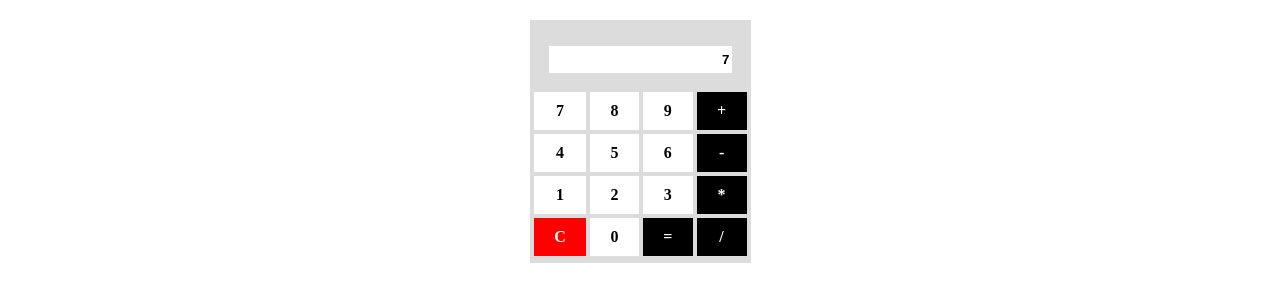
Repository: whwnsgk/cal
Page: http://localhost/calculator/
The author's editor kept a copy of each file at every save. The page is drawn from the files as they stood at one save, then again after the next save.
The browser window is 1280 px wide. The pictures show the whole page.
Empty fields were first filled with sample values (such as "Sample", 5 or name@example.com).
After loading, the first visible `td.num` was clicked once.
The page is served by Tomcat 9.

Above is the page before, as saved 2023-11-28 05:12:13.

After the next save:
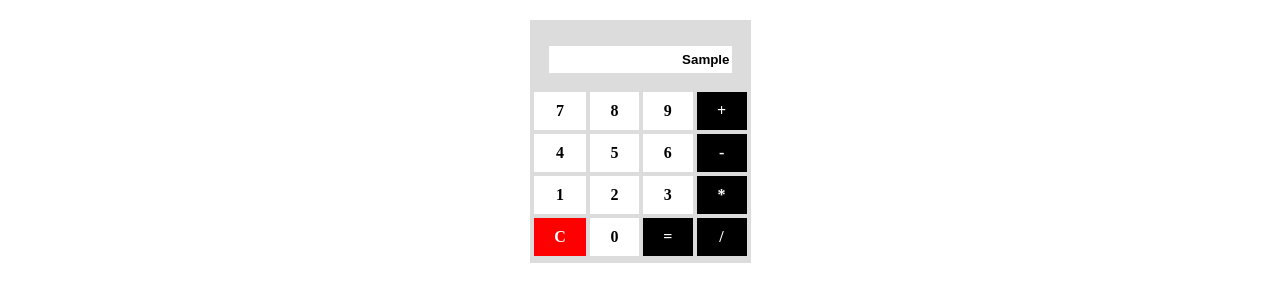
Console error: SyntaxError: Invalid or unexpected token
Saved 5 min 40 s later.
--- a/calculator/src/main/webapp/index.jsp
+++ b/calculator/src/main/webapp/index.jsp
@@ -131,7 +131,7 @@
 var expression = "";
 function add(character) {
   expression = expression + character;
-  document.getElementById("enter").value = expression;
+  $(#"enter").val = expression;
 }
 
 function compute() {

After the 6 saves that followed:
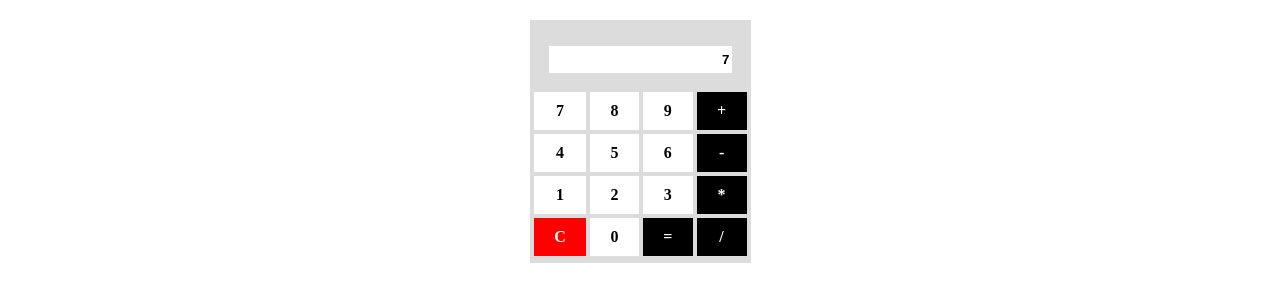
The error is gone.
The 6 saves are shown as one change because 5 left the picture as it was.
The last was saved 4 min 44 s later.
--- a/calculator/src/main/webapp/index.jsp
+++ b/calculator/src/main/webapp/index.jsp
@@ -131,7 +131,7 @@
 var expression = "";
 function add(character) {
   expression = expression + character;
-  $(#"enter").val = expression;
+  $("#enter").val(expression);
 }
 
 function compute() {
